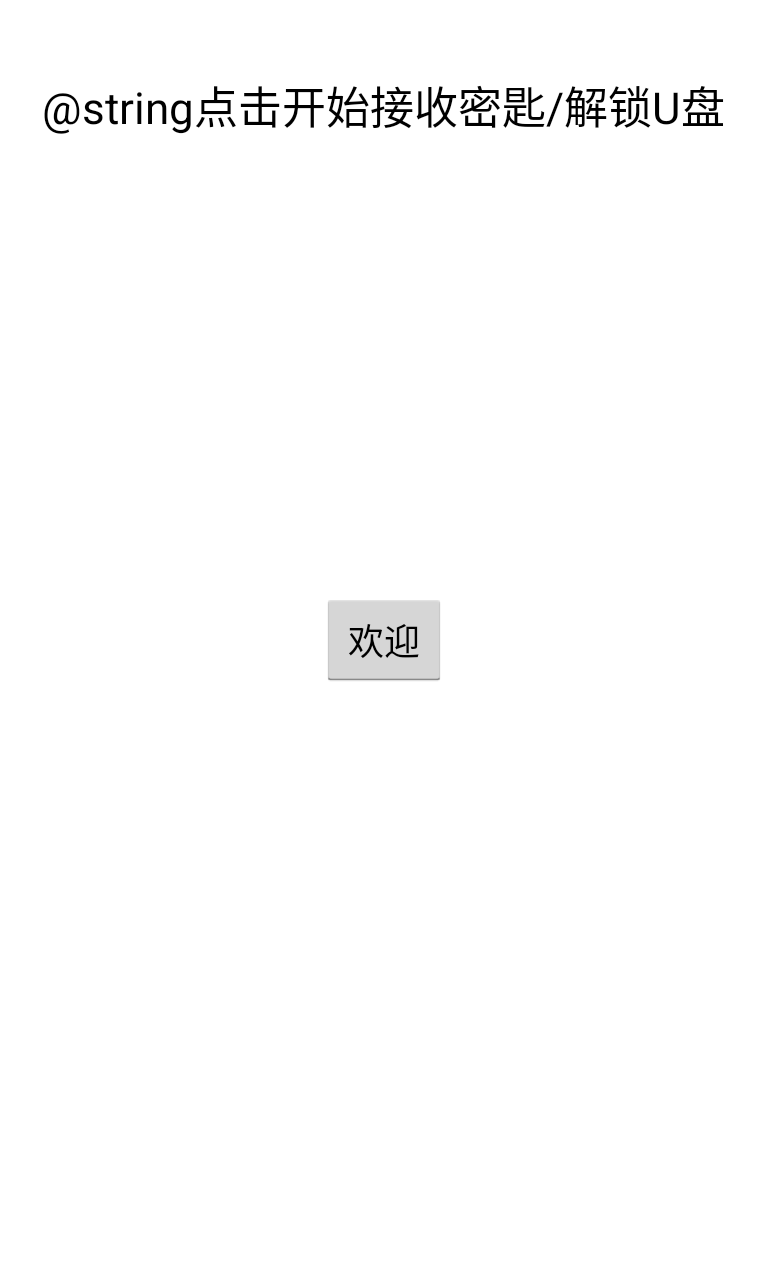
Repository: tenglei/AndroidBackup
Layout: AndroidTest/res/layout/activity_main.xml
An editor plug-in stored every save of this project. The layout is shown before and after the next save, followed by the edit.
It is drawn on a 768 x 1280 px phone screen (xhdpi) without system bars, with theme AppTheme; the app's code is not run.

Above is the layout before, as saved 2017-01-02 06:38:42.

After the next save:
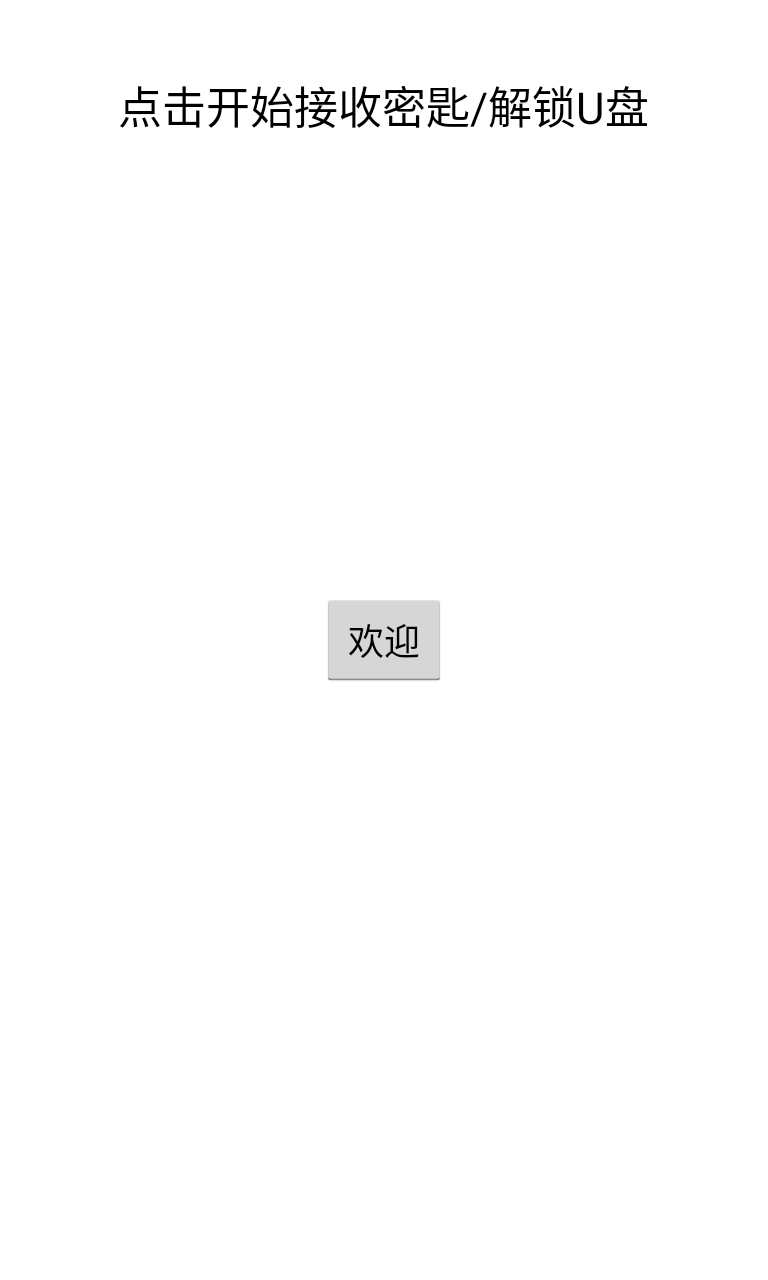
Saved 7 s later.
--- a/AndroidTest/res/layout/activity_main.xml
+++ b/AndroidTest/res/layout/activity_main.xml
@@ -23,7 +23,7 @@
         android:layout_alignParentTop="true"
         android:layout_centerHorizontal="true"
         android:layout_marginTop="20dp"
-        android:text="@string点击开始接收密匙/解锁U盘"
+        android:text="点击开始接收密匙/解锁U盘"
         android:textAppearance="?android:attr/textAppearanceLarge" />
 
 </RelativeLayout>
